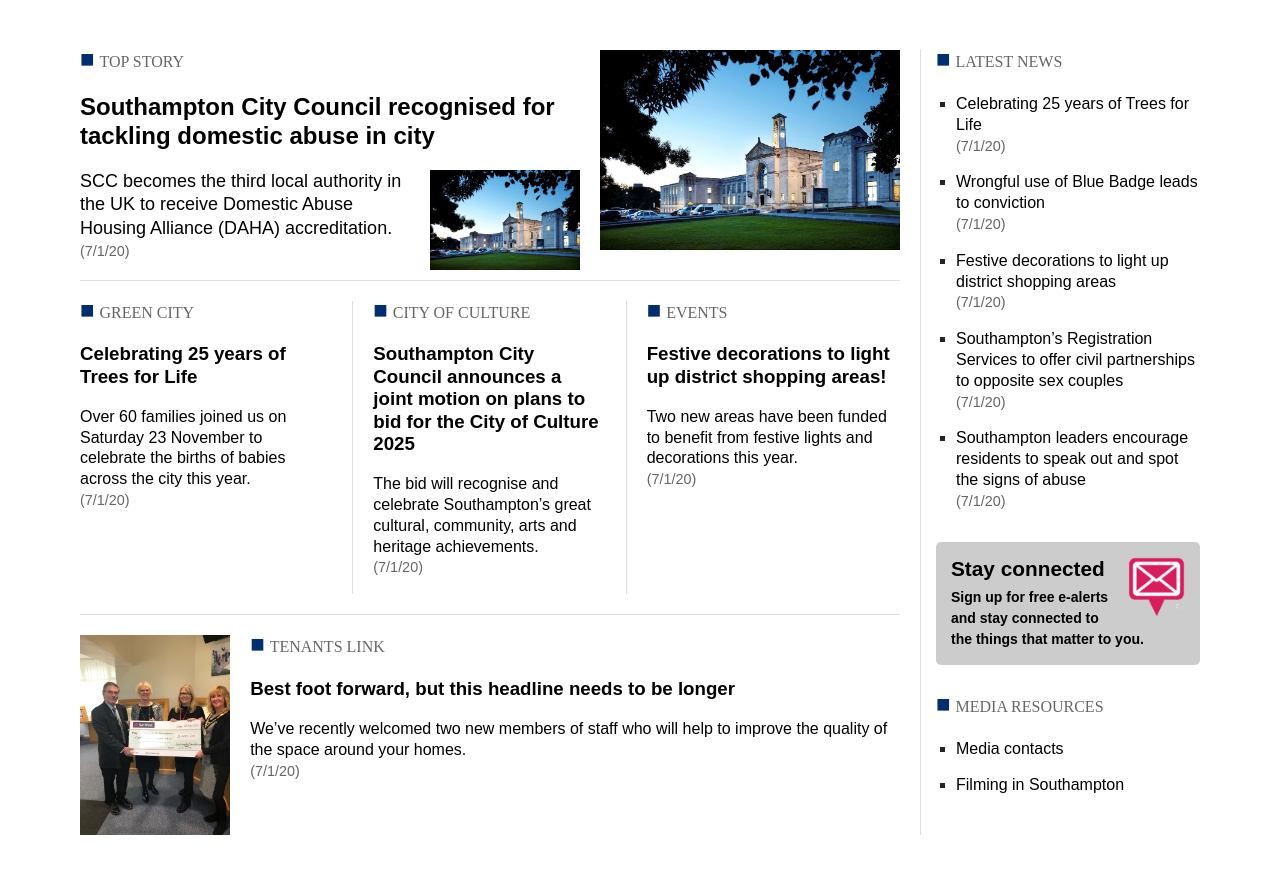
Repository: Domehead123/newspage
Page: index8.html
The author's editor kept a record of every edit. The page is drawn from the files as they stood at one moment, then again after the next edit.
The browser window is 1280 px wide. The pictures show the whole page.

Above is the page before.

### index8.html
<!DOCTYPE html>
<html lang="en">

<head>
    <meta charset="UTF-8">
    <meta name="viewport" content="width=device-width, initial-scale=1.0">
    <meta http-equiv="X-UA-Compatible" content="ie=edge">
    <link rel="stylesheet" href="https://stackpath.bootstrapcdn.com/bootstrap/4.5.2/css/bootstrap.min.css" type="text/css" />
    <link rel="stylesheet" href="news4.css" type="text/css" />
    <title>Document</title>
</head>

<body>
    <div class="container news-page">
        <div class="row">
            <div class="col-md-9 col-sm-12 news-main">
                <div class="row">
                    <div class="top-story"> <a href="#"><img class="top-large-pic" src="images/civic-centre-2.jpg"></a>
                        <div class="subject-header">TOP STORY</div>
                        <h2><a href="#">
Southampton City Council recognised for tackling domestic abuse in city</a></h2>
                        <p><a href="#"><img class="top-small-pic" src="images/civic-centre-2.jpg">SCC becomes the third local authority in the UK to receive Domestic Abuse Housing Alliance (DAHA) accreditation. <span class="date">(7/1/20)</a></p>
                    </div>
                </div>

                <div class="row middle-row">
                    <div class="col-md-4 col-sm-12 topic">
                        <div class="subject-header ">GREEN CITY</div>
                        <h3><a href="#">
Celebrating 25 years of Trees for Life
 </a></h3>
                        <p><a href="#">Over 60 families joined us on Saturday 23 November to celebrate the births of babies across the city this year.<span class="date">(7/1/20)</span></a></p>
                    </div>
                    <div class="col-md-4 col-sm-12 topic">
                        <div class="subject-header">CITY OF CULTURE</div>

                        <h3><a href="#">Southampton City Council announces a joint motion on plans to bid for the City of Culture 2025</a></h3>
                        <p><a href="#">The bid will recognise and celebrate Southampton’s great cultural, community, arts and heritage achievements. <span class="date">(7/1/20)</span></a></p>
                    </div>
                    <div class="col-md-4 col-sm-12 topic">
                        <div class="subject-header ">EVENTS</div>
                        <h3><a href="#">
Festive decorations to light up district shopping areas!
 </a></h3>
                        <p><a href="#">Two new areas have been funded to benefit from festive lights and decorations this year. <span class="date">(7/1/20)</span></a></p>
                    </div>
                </div>
                <div class="row">
                    <div class="bottom-story">
                        <a href="#"><img class="bottom-large-pic" src="images/lipstick.jpg"></a>
                        <div class="subject-header ">TENANTS LINK</div>
                        <h3><a href="#">Best foot forward, but this headline needs to be longer</a></h3>
                        <p><a href="#"><img class="bottom-small-pic" src="images/lipstick.jpg">We’ve recently welcomed two new members of staff who will help to improve the quality of the space around your homes. <span class="date">(7/1/20)</span></a></p>
                    </div>
                </div>
            </div>
            <div class="col-md-3 col-sm-12 side-panel">
                <div class="subject-header">LATEST NEWS</div>
                <ul>
                    <li><a href="#">Celebrating 25 years of Trees for Life <span class="date">(7/1/20)</span></a></li>
                    <li><a href="#">Wrongful use of Blue Badge leads to conviction <span class="date">(7/1/20)</span></a></li>
                    <li><a href="#">Festive decorations to light up district shopping areas <span class="date">(7/1/20)</span></a></li>
                    <li><a href="#">Southampton’s Registration Services to offer civil partnerships to opposite sex couples<span class="date">(7/1/20)</span></a></li>
                    <li><a href="#">Southampton leaders encourage residents to speak out and spot the signs of abuse<span class="date">(7/1/20)</span></a></li>
                </ul>
                <div class="connected">
                    <a href="#"><img src="images/connected.png"></a>
                    <h2><a href="#">Stay connected</a></h2>

                    <p><a href="#">Sign up for free e-alerts and stay connected to the things that matter to you.</a></p>
                </div>

                <div class="subject-header">MEDIA RESOURCES</div>
                <ul>
                    <li><a href="#">Media contacts</a></li>
                    <li><a href="#">Filming in Southampton</a></li>
                </ul>

            </div>
        </div>
    </div>
</body>

</html>

### news4.css
body {
    margin: 50px auto;
    max-width: 90%;
}

h2 {
    font-size: 24px;
    font-family: "franklin-gothic-urw", sans-serif;
    font-weight: 700;
    margin: 19.2px 0;
}

h3 {
    font-size: 18.7px;
    font-family: "franklin-gothic-urw", sans-serif;
    font-weight: 700;
    margin: 18.7px 0;
}

.news-page {
    font-size: 20px;
    font-family: "franklin-gothic-urw", sans-serif;
    padding: 0 25px;
}

.news-page a {
    color: #000;
    text-decoration: none;
    transition: 0.4s all;
}

.top-story {
    border-bottom: 1px solid #ddd;
}

.top-story p {
    font-size: 18px;
    line-height: 130%;
}

.play {
    display: block;
    background: #e60054;
    position: absolute;
    right: 0;
    bottom: 0;
    float: right;
    color: #fff;
    text-align: center;
}

.large-image-wrapper .play {
    width: 40px;
    height: 40px;
    line-height: 40px;
}

.small-image-wrapper .play {
    width: 30px;
    height: 30px;
    line-height: 30px;
    font-size: 0.7em;
}

.topic:first-of-type {

    border-bottom: 1px solid #ddd;
    padding: 0;
}

.topic:nth-child(2) {

    border-bottom: 1px solid #ddd;
    padding: 20px 0 0 0;
}

.topic:nth-child(3) {
    padding: 20px 0 0 0;
}

.topic p,
.bottom-story p {
    font-size: 16px;
    line-height: 130%;
}

.subject-header {
    color: #666;
    font-family: "Times New Roman", Times, serif;
    font-size: 16px;
}

.subject-header:before {
    content: "\25A0";
    line-height: 0;
    font-size: 1.5em;
    color: #002e6f;
    margin-right: 5px;
}

.large-image-wrapper {
    position: relative;
    float: right;
    display: none;
    margin-bottom: 20px;
}

.small-image-wrapper {
    position: relative;
    float: right;
    display: block;
    margin-bottom: 20px;
}

.top-large-pic {
    margin: 0 0 0 20px;
    height: 200px;
    float: right;
}

.middle-row {
    border-bottom: 1px solid #ddd;
    padding: 20px 0 0;
}

.top-small-pic {
    display: block;
    float: right;
    margin: 0 0 0 20px;
    height: 100px;
    position: relative;
}

.bottom-large-pic {
    height: 200px;
    margin-right: 20px;
    float: left;
    display: none;
}

.bottom-small-pic {
    float: right;
    margin-left: 20px;
    height: 100px;
}

.date {
    color: #666;
    font-size: 14.4px;
    display: block;
}

.bottom-story {
    padding: 20px 0 0 0;
    border-bottom: 1px solid #ddd;
}

.side-panel {
    padding: 20px 0 0 0;

}

.side-panel ul,
.media ul {
    padding: 0 0 0 20px;
    margin-top: 20px;
}

.side-panel ul li,
.media ul li {
    margin: 0 0 1em 0;
    font-size: 16px;
    list-style-type: square;
    line-height: 130%;
}

.connected {
    background: #ccc;
    padding: 15px;
    border-radius: 5px;
    margin: 30px 0;
    width: 100%;
    box-sizing: border-box;
}

.connected img {
    float: right;
    height: 60px;
    margin-left: 10px;
}

.connected h2 {
    font-size: 20.8px;
    margin: 0 0 5px 0;
}

.connected p {
    font-size: 14px;
    font-weight: bold;
    margin: 0;
}

.connected::after {
    content: "";
    clear: both;
    display: table;
}

.more {
    display: block;
    margin: 10px 0 15px 0;
    font-size: 0.9em;
    background: rgb(82, 122, 161);
    width: 200px;
    padding: 5px;
    text-align: center;
    border-radius: 5px;float: left;
}

.more:hover {
    background: #397070;
}

.more a {
    color: #fff;
}

.more::after {
    content: "\203A";
    color: #fff;
    font-size: 1.5em;
    line-height: 0;
    margin-left: 5px;
    position: relative;
    top: 1px;
}



@media (min-width: 700px) {

    .large-image-wrapper {
        display: block;
    }

    .small-image-wrapper {
        display: none;
    }

}


@media (min-width: 768px) {

    .news-main {
        padding-right: 35px;
    }

    .large-image-wrapper,
    .bottom-large-pic {
        display: block;
    }

    .small-image-wrapper,
    .bottom-small-pic {
        display: none;
    }

    .middle-row {
        padding: 20px 0;
    }

    .topic:first-of-type {
        border-right: 1px solid #ddd;
        border-bottom: none;
        padding: 0 20px 0 0;
    }

    .topic:nth-child(2) {
        border-right: 1px solid #ddd;
        border-bottom: none;
        padding: 0 20px;

    }

    .topic:nth-child(3) {
        padding: 0 0 0 20px;
    }

    .bottom-story {
        border-bottom: none;
    }

    .side-panel {
        border-left: 1px solid #ddd;
        padding: 0 0 0 15px;
    }



    .connected img {
        width: 100%;
        height: auto;
        margin: 0;
    }



}

@media (min-width: 1000px) {

    .connected img {
        float: right;
        height: 60px;
        width: auto;
        margin-left: 10px;
    }

}

After the next edit:
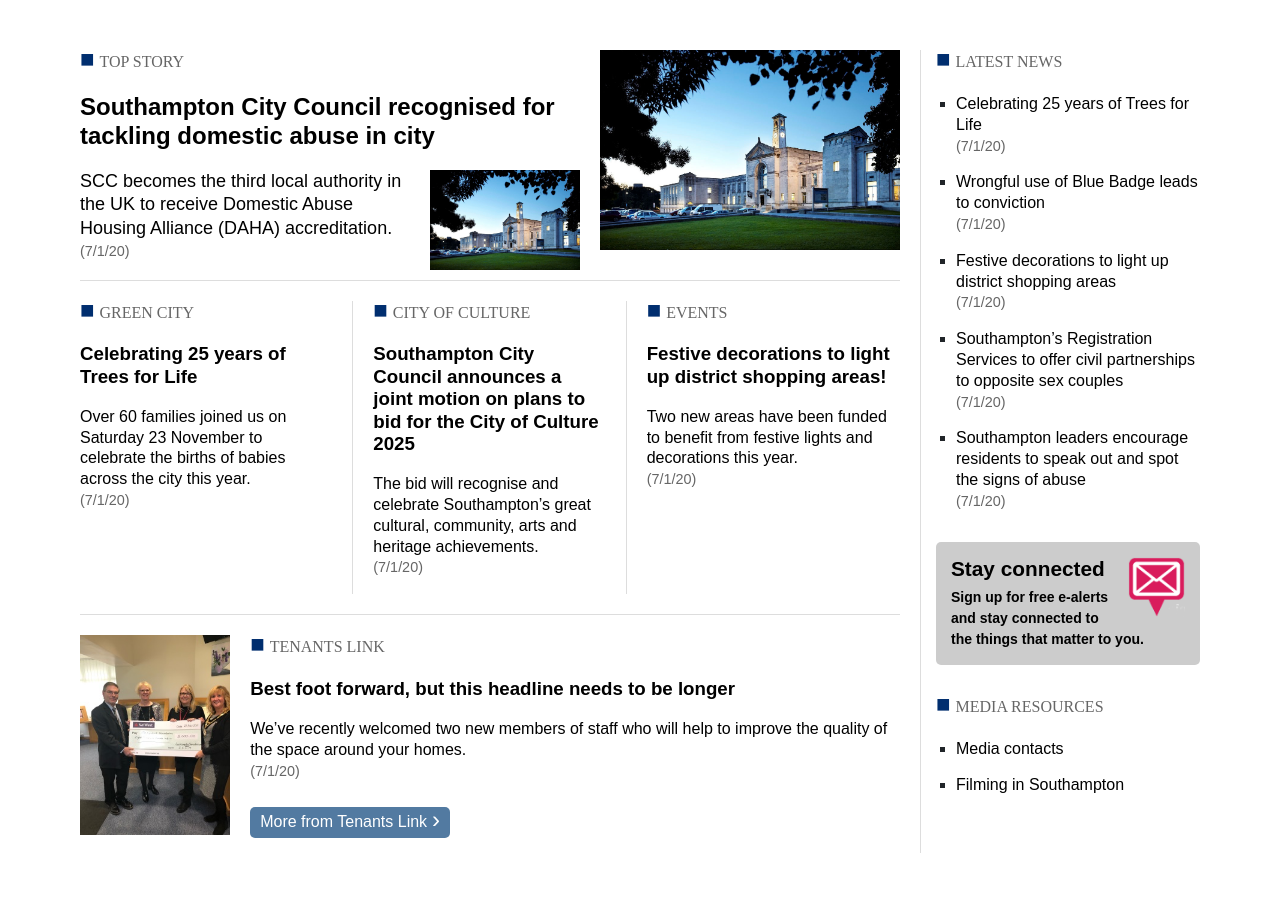
The edit:
--- a/index8.html
+++ b/index8.html
@@ -51,6 +51,7 @@
                         <div class="subject-header ">TENANTS LINK</div>
                         <h3><a href="#">Best foot forward, but this headline needs to be longer</a></h3>
                         <p><a href="#"><img class="bottom-small-pic" src="images/lipstick.jpg">We’ve recently welcomed two new members of staff who will help to improve the quality of the space around your homes. <span class="date">(7/1/20)</span></a></p>
+                        <p class="more"><a href="#">More from Tenants Link</a></p>
                     </div>
                 </div>
             </div>
